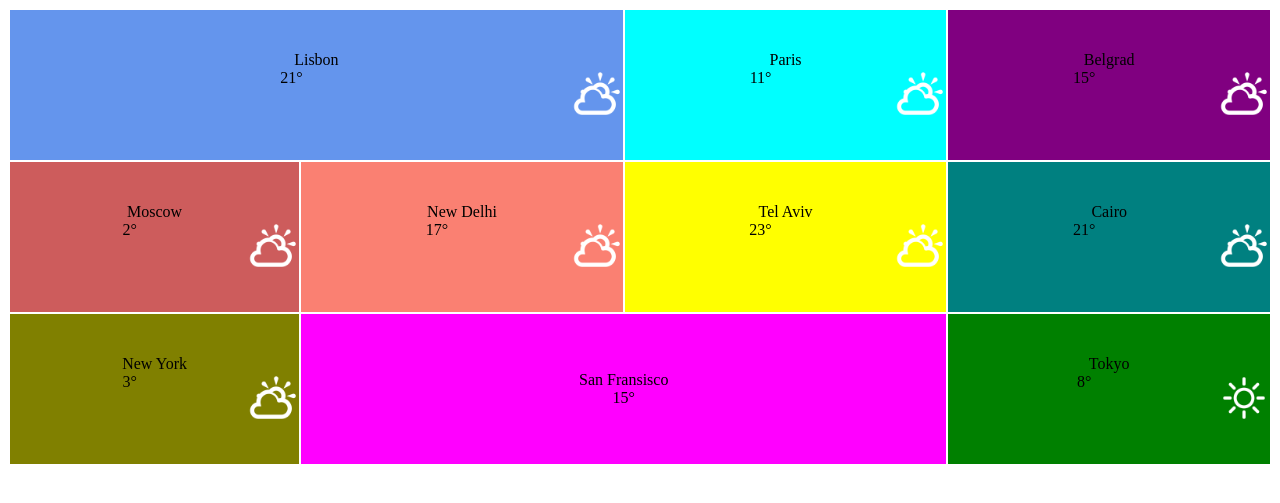
Repository: aysedo/html
Page: Week_2/index.html
The author's editor kept a copy of each file at every save. The page is drawn from the files as they stood at one save, then again after the next save.
The browser window is 1280 px wide. The pictures show the whole page.

Above is the page before, as saved 2021-08-24 15:53:45.

After the next save:
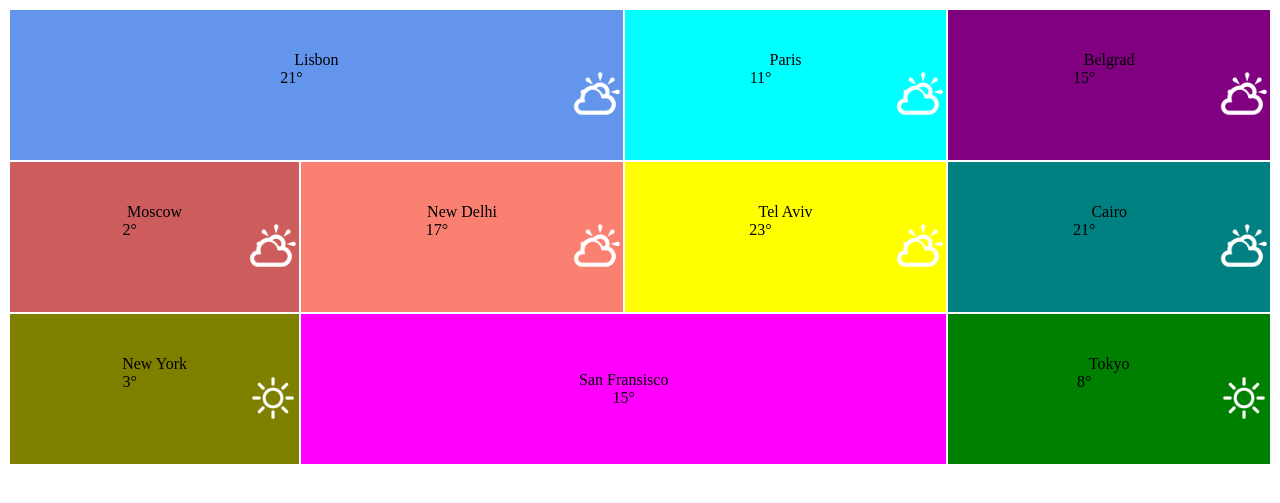
Saved 8 s later.
--- a/Week_2/index.html
+++ b/Week_2/index.html
@@ -51,7 +51,7 @@
         <td bgcolor="Olive" align="center">
           New York <br />
           3°
-          <img src="img.png" width="50" align="right" />
+          <img src="sun.png" width="50" align="right" />
         </td>
         <td colspan="2" bgcolor="Fuchsia" align="center">
           San Fransisco<br />
